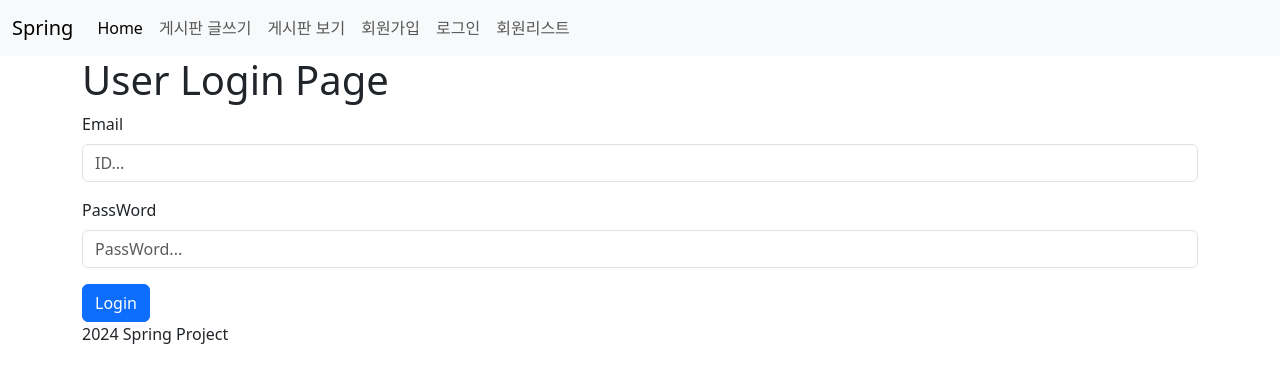
Repository: havanara/240423_SPRING_Project
Page: http://localhost/spring_test2/WEB-INF/views/user/login.jsp
An editor plug-in stored every save of this project. The page is shown before and after the next save, followed by the edit.
The browser window is 1280 px wide. The pictures show the whole page.
The page is served by Tomcat 9. Nobody is signed in. Other server files are loaded and not shown. The template is opened directly, without the code that normally fills it, so the values that code supplies are empty.

Above is the page before, as saved 2024-05-08 05:36:23.

### spring_test2/src/main/webapp/WEB-INF/views/user/login.jsp
<%@ page language="java" contentType="text/html; charset=UTF-8"
    pageEncoding="UTF-8"%>
    <%@taglib uri="http://java.sun.com/jsp/jstl/core" prefix="c"%>

    <jsp:include page="../layout/header.jsp" />

<div class="container-md">
<h1>User Login Page</h1>
<form action="/user/login" method="post">
	<div class="mb-3">
	  <label for="e" class="form-label">Email</label>
	  <input type="text" class="form-control" name="email" id="e" placeholder="ID...">
	</div>
	<div class="mb-3">
	  <label for="p" class="form-label">PassWord</label>
	  <input type="password" class="form-control" name="pwd" id="p" placeholder="PassWord...">
	</div>

<!-- not empty 와 같은 의미 != '' -->
	<c:if test="${not empty param.errMsg }">
		<div class="mb-3 text-danger">
		<c:choose>
			<c:when test="${param.errMsg eq 'Bad credentials'}">
				<c:set value="이메일 또는 비밀번호가 일치하지 않습니다." var="errText"></c:set>
			</c:when>
			<c:otherwise>
				<c:set value="관리자에게 문의해주세요." var="errText"></c:set>
			</c:otherwise>
		</c:choose>
			${errText }
		</div>
	</c:if>

	<button type="submit" class="btn btn-primary">Login</button>
</form>

</div>

<jsp:include page="../layout/footer.jsp" />

### spring_test2/src/main/webapp/WEB-INF/views/layout/header.jsp
<%@ page language="java" contentType="text/html; charset=UTF-8"
    pageEncoding="UTF-8"%>
    <%@ taglib uri="http://java.sun.com/jsp/jstl/core" prefix="c" %>
    <%@ taglib uri="http://www.springframework.org/security/tags" prefix="sec" %>
<!DOCTYPE html>
<html>
<head>
<meta charset="UTF-8">
<title>header.jsp</title>
<link href="/re/css/bootstrap.min.css" rel="stylesheet" integrity="sha384-QWTKZyjpPEjISv5WaRU9OFeRpok6YctnYmDr5pNlyT2bRjXh0JMhjY6hW+ALEwIH" crossorigin="anonymous">
<script src="/re/js/bootstrap.bundle.min.js" integrity="sha384-YvpcrYf0tY3lHB60NNkmXc5s9fDVZLESaAA55NDzOxhy9GkcIdslK1eN7N6jIeHz" crossorigin="anonymous"></script>
</head>
<body>
<nav class="navbar navbar-expand-lg bg-body-tertiary">
  <div class="container-fluid">
    <a class="navbar-brand" href="#">Spring</a>
    <button class="navbar-toggler" type="button" data-bs-toggle="collapse" data-bs-target="#navbarSupportedContent" aria-controls="navbarSupportedContent" aria-expanded="false" aria-label="Toggle navigation">
      <span class="navbar-toggler-icon"></span>
    </button>
    <div class="collapse navbar-collapse" id="navbarSupportedContent">
      <ul class="navbar-nav me-auto mb-2 mb-lg-0">
        <li class="nav-item">
          <a class="nav-link active" aria-current="page" href="/">Home</a>
        </li>
        <li class="nav-item">
          <a class="nav-link" href="/board/register">게시판 글쓰기</a>
        </li>
        <li class="nav-item">
          <a class="nav-link" href="/board/list">게시판 보기</a>
        </li>
         <li class="nav-item">
          <a class="nav-link" href="/user/register">회원가입</a>
        </li>
        <li class="nav-item">
          <a class="nav-link" href="/user/login">로그인</a>
        </li>
        <li class="nav-item">
          <a class="nav-link" href="#">회원리스트</a>
        </li>
      </ul>
    </div>
  </div>
</nav>

### spring_test2/src/main/webapp/WEB-INF/views/layout/footer.jsp
<%@ page language="java" contentType="text/html; charset=UTF-8"
    pageEncoding="UTF-8"%>
<!DOCTYPE html>

<div class="container-md">
	2024 Spring Project
</div>

</body>
</html>

Loaded but not shown: spring_test2/src/main/webapp/resources/css/bootstrap.min.css (library); spring_test2/src/main/webapp/resources/js/bootstrap.bundle.min.js (library)

After the next save:
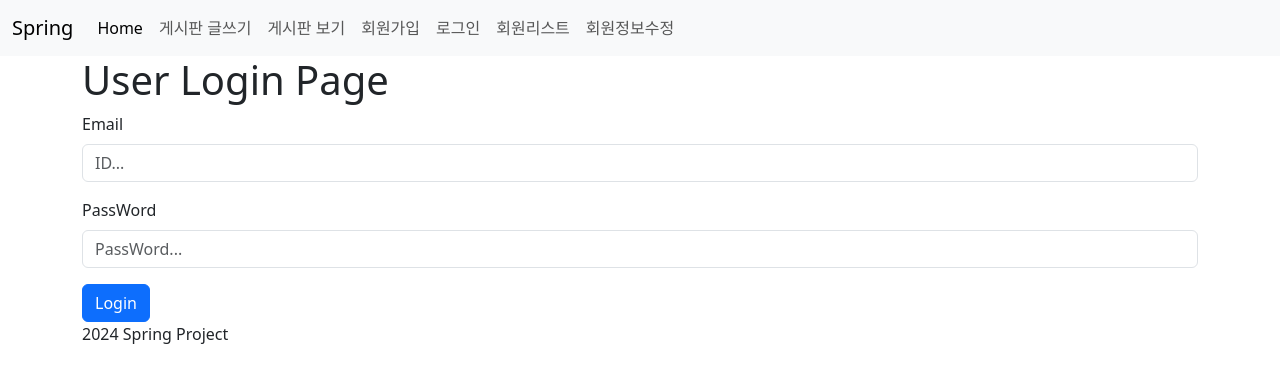
Saved 16 s later.
--- a/spring_test2/src/main/webapp/WEB-INF/views/layout/header.jsp
+++ b/spring_test2/src/main/webapp/WEB-INF/views/layout/header.jsp
@@ -37,6 +37,9 @@
         <li class="nav-item">
           <a class="nav-link" href="#">회원리스트</a>
         </li>
+        <li class="nav-item">
+          <a class="nav-link" href="#">회원정보수정</a>
+        </li>
       </ul>
     </div>
   </div>
